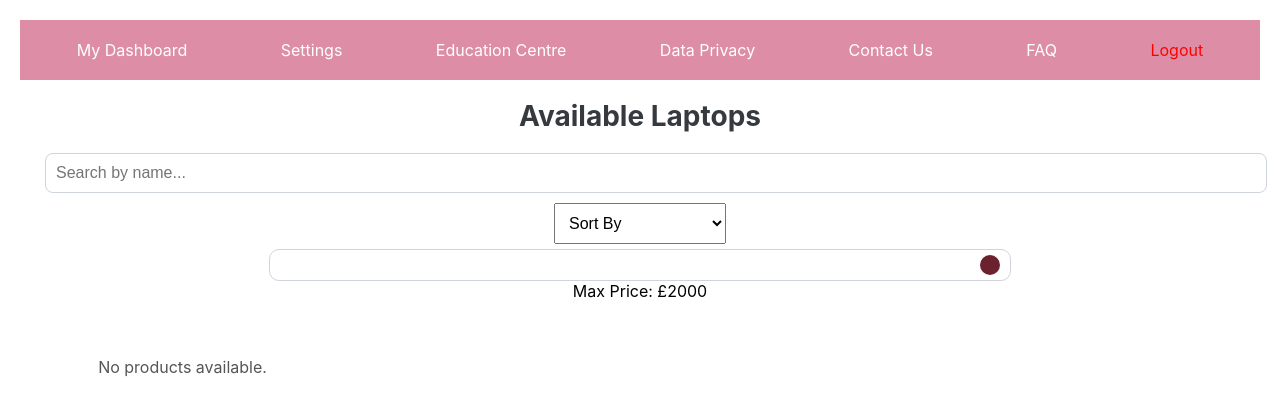
Repository: aab232/https---github.com-aab232-Deferred-Payment-Platform
Page: /main (app in frontend/)
An editor plug-in stored every save of this project. The page is shown before and after the next save, followed by the edit.
The browser window is 1280 px wide. The pictures show the whole page.
The page's requests for data from a server got no answer. The project was rebuilt for these pictures with package versions that can differ from the ones it lists, and the page was loaded fresh each time. No one was signed in, and anything a server would have sent is missing. Also part of the build but not shown: frontend/src/components/Home.js, frontend/src/components/Register.js, frontend/src/components/Login.js, frontend/src/components/BackButton.css, frontend/src/components/BackButton.js, frontend/src/components/Settings.js.

Above is the page before, as saved 2025-04-01 00:43:33.

After the next save:
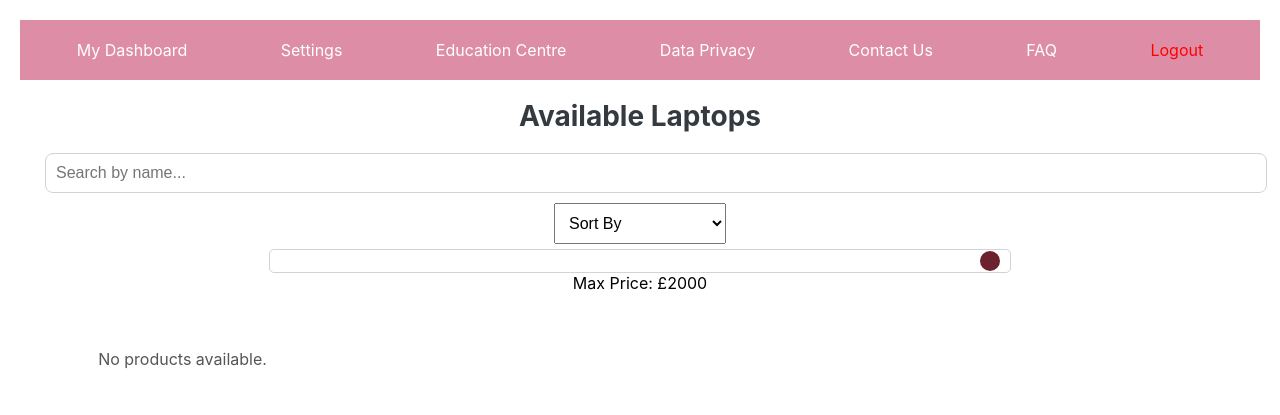
Saved 2 min 20 s later.
--- a/frontend/src/components/Main.css
+++ b/frontend/src/components/Main.css
@@ -67,24 +67,23 @@
   display: flex;
   justify-content: center;
   align-items: center;
-  width: 100%; /* Ensures full responsiveness */
+  width: 100%;
 }
 
-/* For Chrome, Edge, Safari */
+/* For Chrome, Edge, Safari - Clean Thin Line */
 input[type="range"] {
   -webkit-appearance: none;
   appearance: none;
   width: 60%;
-  height: 10px;
+  height: 2px;  /* Ultra-thin like default */
   background: white;
-  border-radius: 10px;
+  border-radius: 5px; /* Soft edges */
   outline: none;
-  transition: background 0.3s ease-in-out;
   display: block;
   margin: auto; /* Centers it */
 }
 
-/* Customize the Thumb */
+/* Customize the Thumb (Circle) */
 input[type="range"]::-webkit-slider-thumb {
   -webkit-appearance: none;
   appearance: none;
@@ -93,7 +92,7 @@ input[type="range"]::-webkit-slider-thumb {
   background: #6b212e;
   border-radius: 50%;
   cursor: pointer;
-  transition: 0.3s;
+  transition: background 0.3s;
 }
 
 input[type="range"]::-webkit-slider-thumb:hover {
@@ -101,6 +100,11 @@ input[type="range"]::-webkit-slider-thumb:hover {
 }
 
 /* For Firefox */
+input[type="range"]::-moz-range-track {
+  background: white;  /* Ensures it's a clean line */
+  height: 2px;
+}
+
 input[type="range"]::-moz-range-thumb {
   width: 20px;
   height: 20px;
@@ -110,6 +114,13 @@ input[type="range"]::-moz-range-thumb {
 }
 
 /* For Edge */
+input[type="range"]::-ms-track {
+  background: transparent;  /* Ensures no extra box */
+  border-color: transparent;
+  color: transparent;
+  height: 2px;
+}
+
 input[type="range"]::-ms-thumb {
   width: 20px;
   height: 20px;
